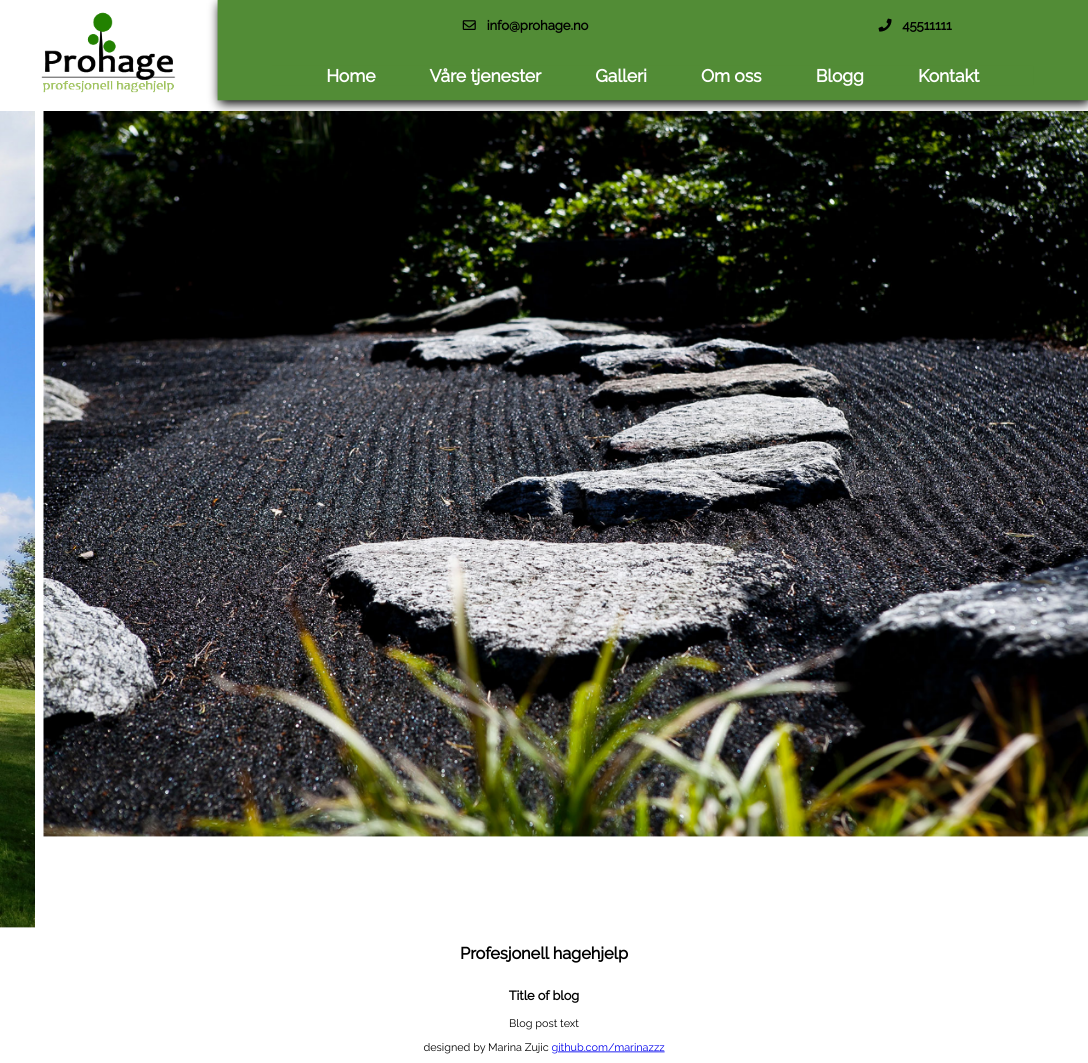
Repository: marinazzz/garden-design-website
Page: Garden design website/index.html
The author's editor kept a copy of each file at every save. The page is drawn from the files as they stood at one save, then again after the next save.
The browser window is 1280 px wide. The pictures show the whole page, at 85% of full size.

Above is the page before, as saved 2020-03-28 20:12:46.

### Garden design website/index.html
<!DOCTYPE html>
<html lang="nb">
<head>
    <title>Hagedesign Oslo</title>
    <link rel="stylesheet" type="text/css" href="CSS/fontawesome-free-5.12.1-web/css/all.min.css">
    <link rel="stylesheet" type="text/css" href="CSS/style.css"/>
    <link rel="stylesheet" type="text/css" href="CSS/min-width-768px.css">
    <link rel="stylesheet" type="text/css" href="CSS/min-width-992px.css">
    <link rel="stylesheet" href="https://cdnjs.cloudflare.com/ajax/libs/animate.css/3.7.2/animate.min.css">
    <link rel="stylesheet" type="text/css" href="PLUGINS/glide-master/dist/css/glide.core.min.css" />
    <link rel="stylesheet" type="text/css" href="PLUGINS/glide-master/dist/css/glide.theme.min.css" />
    <link href="https://fonts.googleapis.com/css?family=Raleway&display=swap" rel="stylesheet">
    <meta name="viewport" content="width=device-width, initial-scale=1" charset="UTF-8">
</head>
<body>
    <header class="header--white-green">
        <div class="container__menu--small container__menu "> <!--grid container-->
            <div class="container__logo"> <!--1.column-->
                <img class="logo"src="images/prohage black.png" alt="Prohage logo">
            </div>
            <div class="container__items--small container__items"> <!--2.column-->
                <div class="container__item"> <!--1.row-->
                     <a href="mailto:info@prohage.no"
                         class ="container__item-txt"><i class="far fa-envelope"></i>info@prohage.no</a>
                     <a href="tlf:45511111"
                         class="container__item-txt"><i class="fas fa-phone"></i>45511111</a>
                </div>
               <div class="container__item-bottom"> <!--2.row-->
                   <button class="menu__toggle">
                       <i class="fas fa-bars"></i>
                   </button>
                   <nav id="menu">
                        <ul class="menu__list">
                            <li class="menu__item">
                                <a class="menu__link" href="home">Home</a>
                            </li>
                            <li class="menu__item">
                                <a class="menu__link" href="#services">Våre tjenester</a>
                            </li>
                            <li class="menu__item">
                                <a class="menu__link" href="#gallery">Galleri</a>
                            </li>
                            <li class="menu__item">
                                <a class="menu__link" href="#about">Om oss</a>
                            </li>
                            <li class="menu__item">
                                <a class="menu__link" href="#blog">Blogg</a>
                            </li>
                            <li class="menu__item">
                                <a class="menu__link" href="kontakt">Kontakt</a>
                            </li>
                       </ul>
                   </nav>
               </div>
            </div>
        </div>
        <section id="main-photo">
            <div class="glide">
                <div class="glide__track"
                     data-glide-el="track">
                    <ul class="glide__slides">
                        <li class="glide__slide">
                            <img class="main-photo__item"
                                 srcset="images/architecture-clouds-daylight-2000.jpg 2000w,
                                        images/architecture-clouds-daylight-1000.jpg 1000w"
                                 sizes="(min-width: 1440px) 2000px, 100vw"
                                 src="images/architecture-clouds-daylight-2000.jpg" alt="Garden">
                        </li>
                        <li class="glide__slide">
                            <img class="main-photo__item"
                            srcset="images/daylight-environment-garden-2000.jpg 2000w,
                                    images/daylight-environment-garden-1000.jpg 1000w"
                            sizes="(min-width: 1440px) 2000px, 100vw"
                            src="images/daylight-environment-garden-2000.jpg" alt="Garden and plants" >
                        </li>
                        <li class="glide__slide">
                            <img class="main-photo__item"
                            srcset="images/main-header-photo-2000.jpg 2000w,
                                    images/main-header-photo-1000.jpg 1000w"
                            sizes="(min-width: 1440px) 2000px, 100vw"
                            src="images/main-header-photo-2000.jpg" alt="Garden and plants" >
                        </li>
                        <li class="glide__slide">
                            <img class="main-photo__item"
                            srcset="images/header-photo-2000.jpg 2000w,
                                    images/header-photo-1000.jpg 1000w"
                            sizes="(min-width: 1440px) 2000px, 100vw"
                            src="images/header-photo-2000.jpg" alt="Garden designed by proffesional" >
                        </li>
                        <li class="glide__slide">
                            <img class="main-photo__item"
                            srcset="images/bloom-blooming-blur-2000.jpg 2000w,
                                    images/bloom-blooming-blur-1000.jpg 1000w"
                            sizes="(min-width: 1440px) 2000px, 100vw"
                            src="images/bloom-blooming-blur-2000.jpg" alt="Garden designed by proffesional" >
                        </li>
                    </ul>
                    <h1 class="animated slideInLeft slower">Profesjonell hagehjelp</h1>
                </div>
                <!--<div class="glide__arrows"
                         data-glide-el="controls">
                        <button class="glide__arrow glide__arrow--left"
                                data-glide-dir="<">
                            <i class="fas fa-chevron-circle-left"></i>
                        </button>
                        <button class="glide__arrow glide__arrow--right"
                                data-glide-dir=">">
                            <i class="fas fa-chevron-circle-right"></i>
                        </button>
                    </div>-->
            </div>

            <!--<img class="main-photo__item1"
                 srcset="images/architecture-clouds-daylight-2000.jpg 2000w,
                         images/architecture-clouds-daylight-1000.jpg 1000w"
                 sizes="(min-width: 1440px) 2000px, 100vw"
                 src="images/architecture-clouds-daylight-2000.jpg" alt="Garden">
            <img class="main-photo__item2"
                 srcset="images/header-photo-2000.jpg 2000w,
                         images/header-photo-1000.jpg 1000w"
                 sizes="(min-width: 1440px) 2000px, 100vw"
                 src="images/header-photo-2000.jpg" alt="Garden designed by proffesional" >
            <img class="main-photo__item3"
                 srcset="images/main-header-photo-2000.jpg 2000w,
                         images/main-header-photo-1000.jpg 1000w"
                 sizes="(min-width: 1440px) 2000px, 100vw"
                 src="images/main-header-photo-2000.jpg" alt="Garden and plants" >
            <h1 class="main-photo__title">Profesjonell hagehjelp</h1>-->
        </section>
     </header>
     <main>
         <section id="services">

         </section>
         <section id="gallery">

        </section>
         <article id="blog-posts">
             <h3>Title of blog</h2>
             <p>Blog post text</p>
         </article>
         <section id="about oss">

        </section>
     </main>
     <footer>
	     <p>designed by Marina Zujic
		     <a href="https://github.com/marinazzz">github.com/marinazzz</a>
	     </p>
     </footer>
     <script src="PLUGINS/glide-master/dist/glide.min.js"></script>
     <script>
        new Glide('.glide', {
            type: 'carousel',
            autoplay: true,
            hoverpause: false,
            perView: 1,
            animationDuration: 8000
        }).mount()
      </script>
     <script src="JS/js-app.js"></script>
</body>
</html>

### Garden design website/CSS/style.css
html {
  font-size: 62.5%;
}

body {
  margin: 0;
  padding: 0;
  text-align: center;
  box-sizing: border-box;
  font-family: 'Raleway', sans-serif;
}

       /*__ HEADER__ */

/*color styles*/
.header--white-green {
  --header-bg-color: #528C36;
  --header-link-color: black;
  --header-menu-link: #fff;
  --header-toggle-color: #528C36;
}

/*main style*/
.container__menu--small {
  display: flex;
  justify-content: space-around;
}

.logo {
  max-height: 8rem;
}

.container__items--small {
  display: grid;
  grid-template-rows: 1fr 1fr;
  align-content: flex-end;
  width: 250px;
}

.container__item {
  align-self: center;
}

.container__item, .container__item-bottom {
  text-align: end;
}

.container__item-txt {
  color: var(--header-link-color);
  text-decoration: none;
  font-size: 1.2rem;
}

.container__item > a:first-of-type {
  padding-right: 1.6rem;
}

.container__item-bottom > nav {
  text-align: center;
}

.menu__toggle {
  color: var(--header-bg-color);
  box-sizing: border-box;
  border: none;
  background-color: transparent;
  outline: none;
  font-size: 3rem;
  line-height: 0;
  padding: 0.5rem;
  color: var(--header-toggle-color);
  position: relative;
  z-index: 100;
}

.fa-phone, .fa-envelope {
  margin-right: 1rem;
}


/* MENU */

#menu {
  position: absolute;
  top: auto;
  left: 0;
  width: 100%;
  padding-top: 1rem;
  background-color: var(--header-bg-color);
  z-index: 20;
}

.menu__list {
  padding: 0;
  margin: 0;
  display: flex;
  flex-direction: column;
}

.menu__item {
  display: block;
  margin-bottom: 1rem;
}

.menu__link {
  color: var(--header-menu-link);
  text-decoration: none;
  font-size: 1.6rem;
}

.menu-opened {
  display: none;
}


/*FOR SMALL DEVICES*/

@media screen and (max-width: 420px) {

  .logo {
    max-height: 7rem;
  }

  .container__items--small {
    width: auto;
    align-self: center;
  }

  .container__item > a:first-of-type {
    padding-right: 1.3rem;
  }

  .container__item {
    text-align: center;
  }

  .fa-phone, .fa-envelope {
    margin-right: 0.3rem;
  }
}

/* MAIN PICTURE */

#main-photo {
  position: relative;
}

.main-photo__item {
   width: 100%;
}

/* GLIDE SLIDER CSS OVERRIDES */
#main-photo .glide__arrow  {
  font-size: 4rem;
  padding: 0;
  border-color: transparent;
  box-shadow: none;
  border-radius: 50%;
  line-height: 0;
  transition: all 200ms ease-in-out;
}

#main-photo .glide__arrow:hover {
  border-color: #252525;
  color: #252525;
}

.glide {
  margin-block-end: 0;
}

.main-photo__title {
  position: relative;
  color: white;
  background-color: #524a4a;
  filter: drop-shadow(2px 4px 6px black);
  padding: 2rem;
  margin: 0;
  /*animation-name: main-txt;*/
  animation-duration: 10s;
  animation-iteration-count: initial;
}

@keyframes main-txt {
  0% {top: -500px;}
  100% {top: 0;}
}

/*#main-photo {
  position: relative;
}

.main-photo__item {
   width: 100%;
}

.main-photo__title {
  position: absolute;
  bottom: 1rem;
  left: 20rem;
  font-size: 2rem;
}*/



/*1. COLOR OPTION*/
/* CSS variables*/
/* :root {
  --header-bg-color: #4daa57;
  --header-top-bg-color: #252525;
  --header-toggle-color: #fff;
}*/

/*.top-header__item {
  color: var(--header-link-color);
  text-decoration: none;
  font-size: 1.4rem;
}*/


/*------MAIN----------*/

### Garden design website/CSS/min-width-768px.css
@media screen and (min-width: 768px) {

  html {
    font-size: 70%;
  }

   /* HEADER */

   .container__menu {
    display: grid;
    grid-template-columns: 2fr 80%;;
  }

  .logo {
    z-index: 100;
  }

  .container__items {
    display: grid;
    grid-template-rows: 1fr 1fr;
    background: var(--header-bg-color);
    width: auto;
    filter: drop-shadow(2px 4px 6px black);
  }

  .container__item {
    align-self: center;
    display: flex;
    justify-content: space-around;
    /*padding-left: 23rem;*/
  }

  .container__item-bottom {
    display: flex;
    align-items: center;
  }

  .menu__toggle {
    display: none;
  }

  /* NAVIGATION */

  .menu-opened .menu__item .menu__link {
    display: block;
  }

  #menu {
    display: block;
    position: static;
    padding: 0;
    top: 0;
  }

  .menu__list {
    flex-direction: row;
    justify-content: space-evenly;
  }

  .menu__item {
    margin: 0;
  }

  .menu__item:hover {
    background-color:#272727;
  }

  .menu__link:active {
    color:black;
  }

  .menu__link, .container__item-txt {
    font-weight: bold;
  }


  /* color styles */

  :root {
    /*header*/
    --header-bg-color:#528C36;
    --link-color: #FCFDF9;
  }

}

### Garden design website/CSS/min-width-992px.css
@media screen and (min-width: 992px) {
    html {
        font-size: 80%;
    }

    .logo {
        max-height: 9rem;
    }

    .container__item {
        padding-left: 10rem;
    }

    .container__item-bottom {
        padding: 0 5rem;
    }
}

@media screen and (min-width: 1440px) {
    .container__item {
        padding-left: 22rem;
    }
}

@media screen and (min-width: 2560px) {

    .logo {
        max-height: 12rem;
    }

    .container__item {
        justify-self: center;
    }

    .container__item > a:first-of-type {
        padding: 0 13rem;
    }

    .container__item-bottom {
        padding: 0 40rem;
    }
}

### Garden design website/JS/js-app.js
let mainNav = document.getElementById("menu");

let navBarToggle = document.querySelector(".menu__toggle");

navBarToggle.addEventListener("click", function () {

    mainNav.classList.toggle("menu-opened");
});

Loaded but not shown: Garden design website/CSS/fontawesome-free-5.12.1-web/css/all.min.css (library); Garden design website/PLUGINS/glide-master/dist/css/glide.core.min.css (common file); Garden design website/PLUGINS/glide-master/dist/css/glide.theme.min.css (common file); Garden design website/PLUGINS/glide-master/dist/glide.min.js (library)

After the next save:
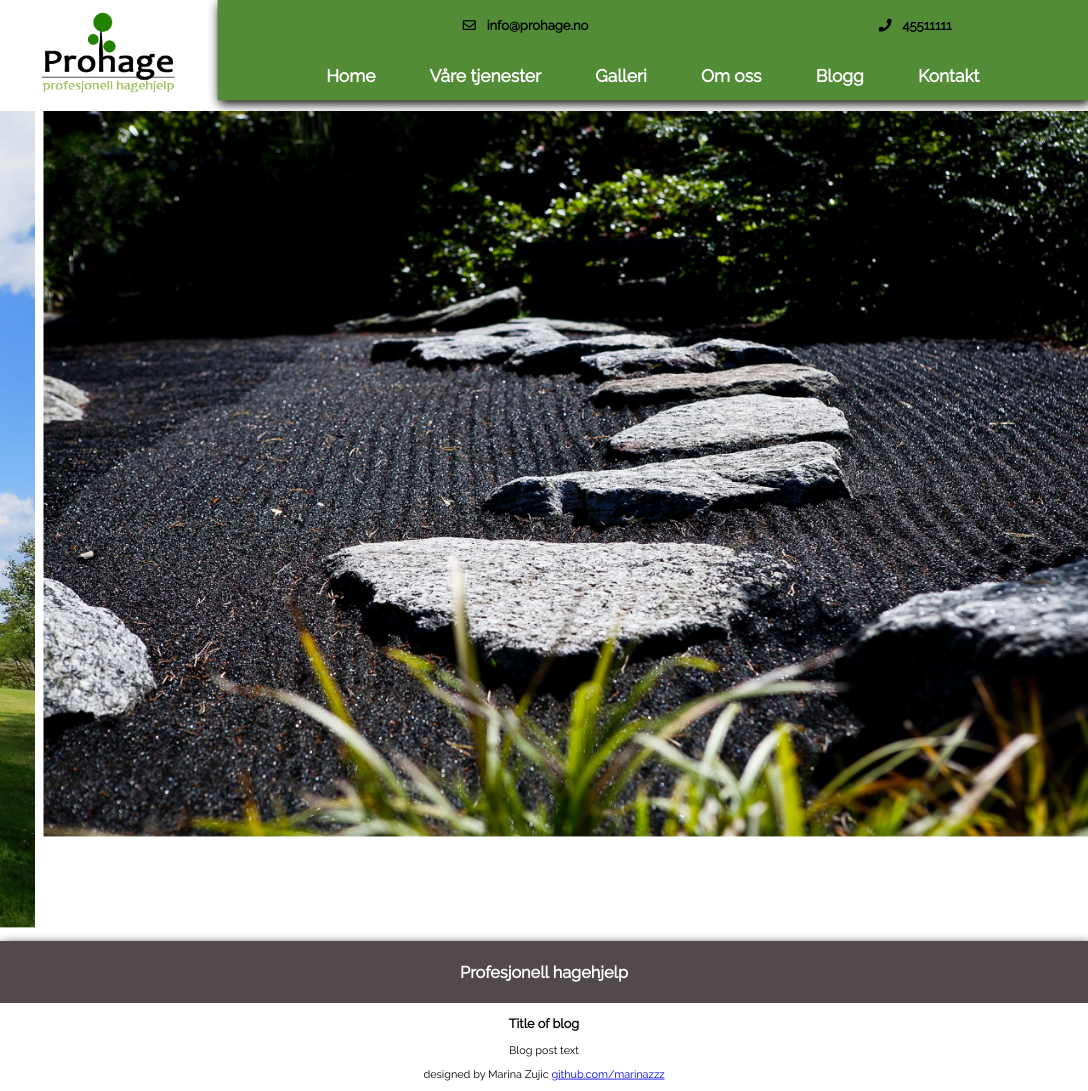
Saved 45 s later.
--- a/Garden design website/index.html
+++ b/Garden design website/index.html
@@ -95,7 +95,7 @@
                             src="images/bloom-blooming-blur-2000.jpg" alt="Garden designed by proffesional" >
                         </li>
                     </ul>
-                    <h1 class="animated slideInLeft slower">Profesjonell hagehjelp</h1>
+                    <h1 class="animated slideInLeft slower main-photo__title">Profesjonell hagehjelp</h1>
                 </div>
                 <!--<div class="glide__arrows"
                          data-glide-el="controls">
